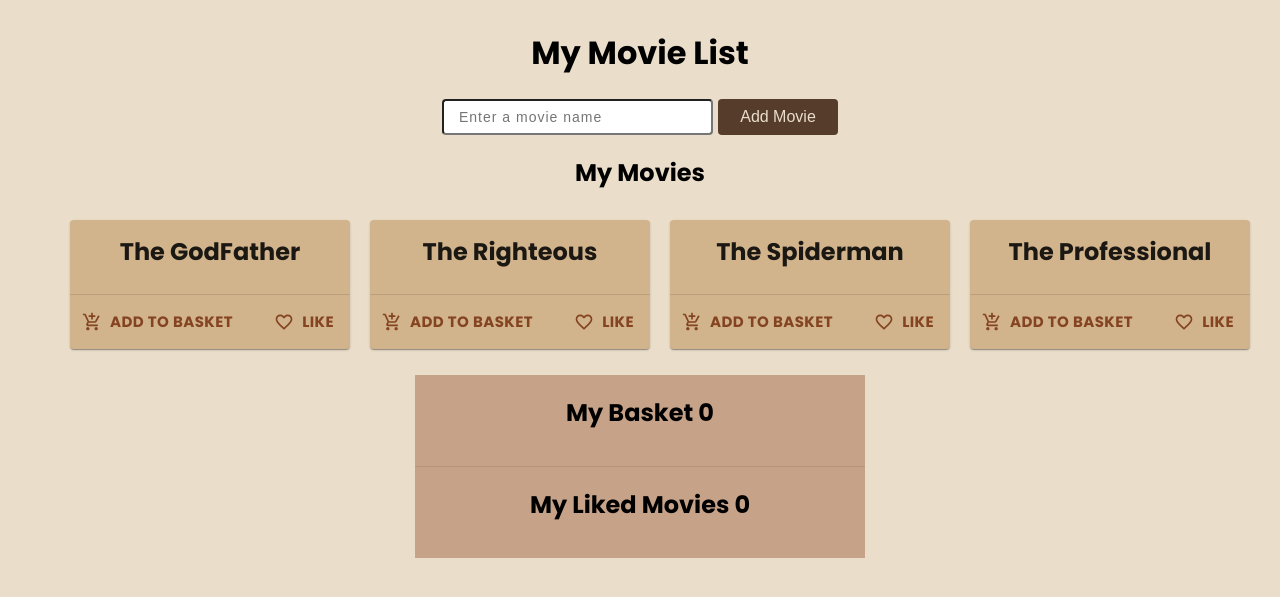
Repository: sinchana-p-iVoyant/redux-movie-store
Page: /
These files come from the project's save history. The page is drawn as it stood at one moment and after a run of saves; the edit follows.
The browser window is 1280 px wide. The pictures show the whole page.
The project was rebuilt for these pictures with package versions that can differ from the ones it lists, and the page was loaded fresh each time. Also part of the build but not shown: vite.config.ts.

Above is the page before, as saved 2024-02-15 13:16:24.

After the next 4 saves:
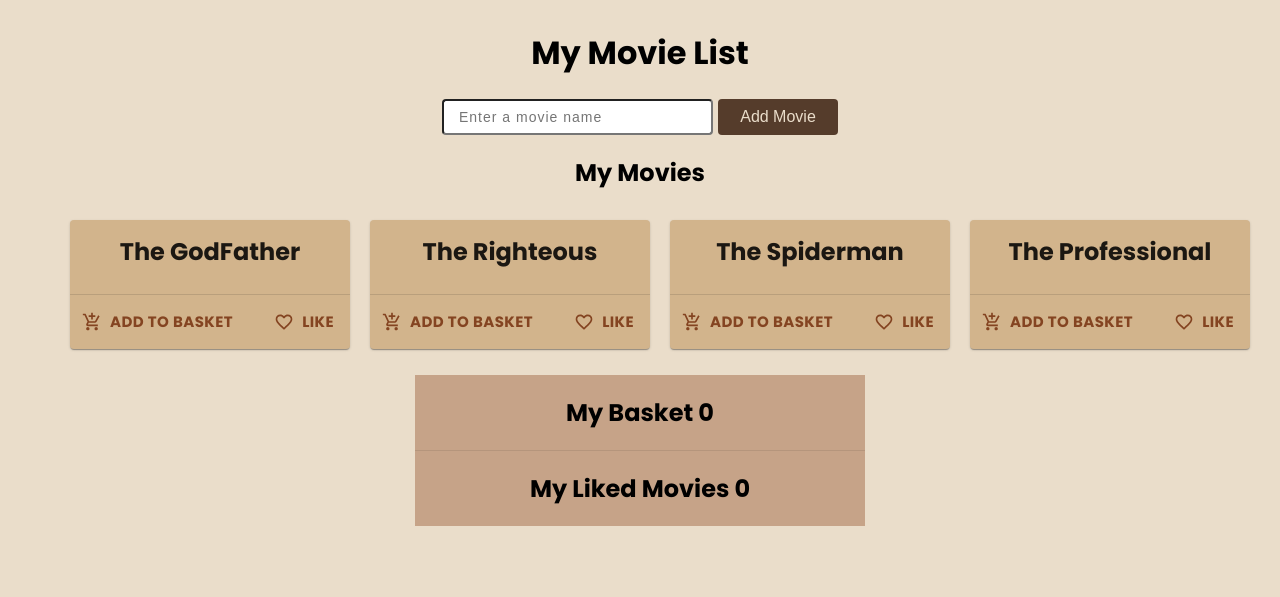
The 4 saves are shown as one change because they came seconds apart.
The last was saved 15 s later.
--- a/src/App.css
+++ b/src/App.css
@@ -98,7 +98,7 @@ input {
   justify-content: center;
   align-items: left;
 
-  margin-left: 30px;
+  margin: 0 auto;
 }
 
 
